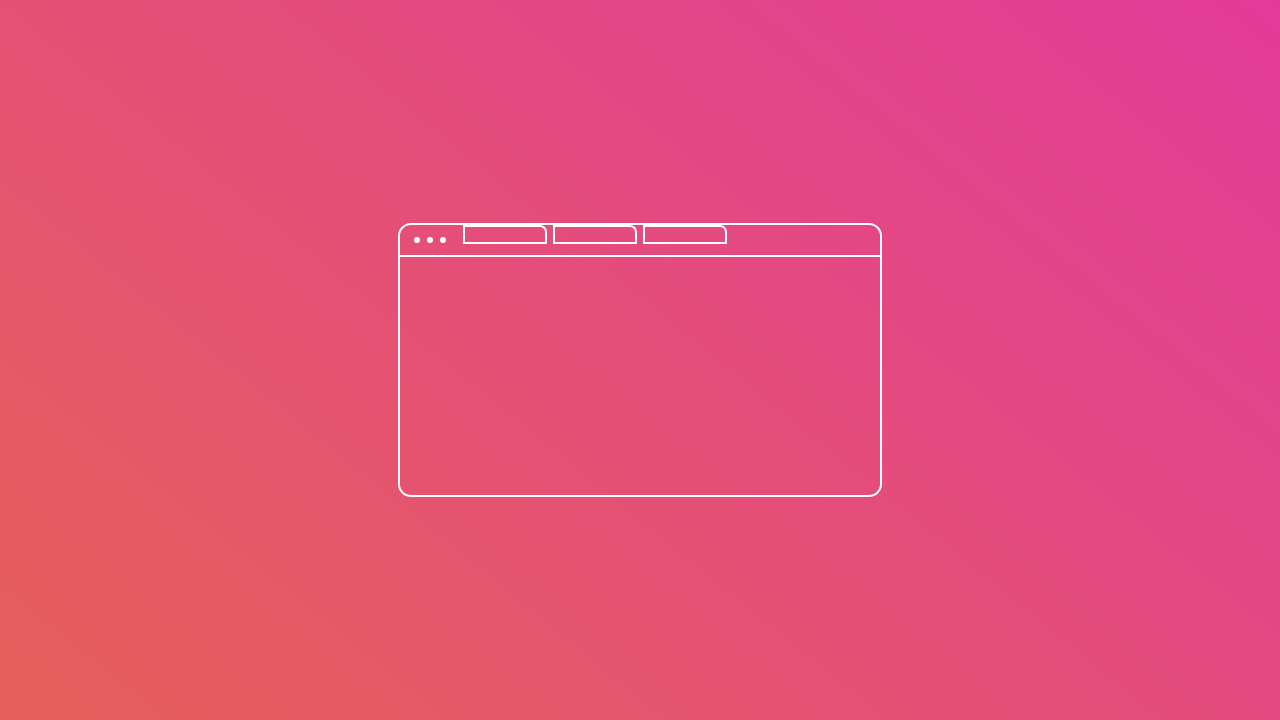
Repository: wrzonki/3d-css
Page: index.html
The author's editor kept a copy of each file at every save. The page is drawn from the files as they stood at one save, then again after the next save.
The browser window is 1280 px wide. The pictures show the whole page.
The style sheet was rebuilt from its Sass, Less or Tailwind sources for each picture, by a compiler version that may differ from the author's.

Above is the page before, as saved 2019-11-25 21:20:16.

After the next save:
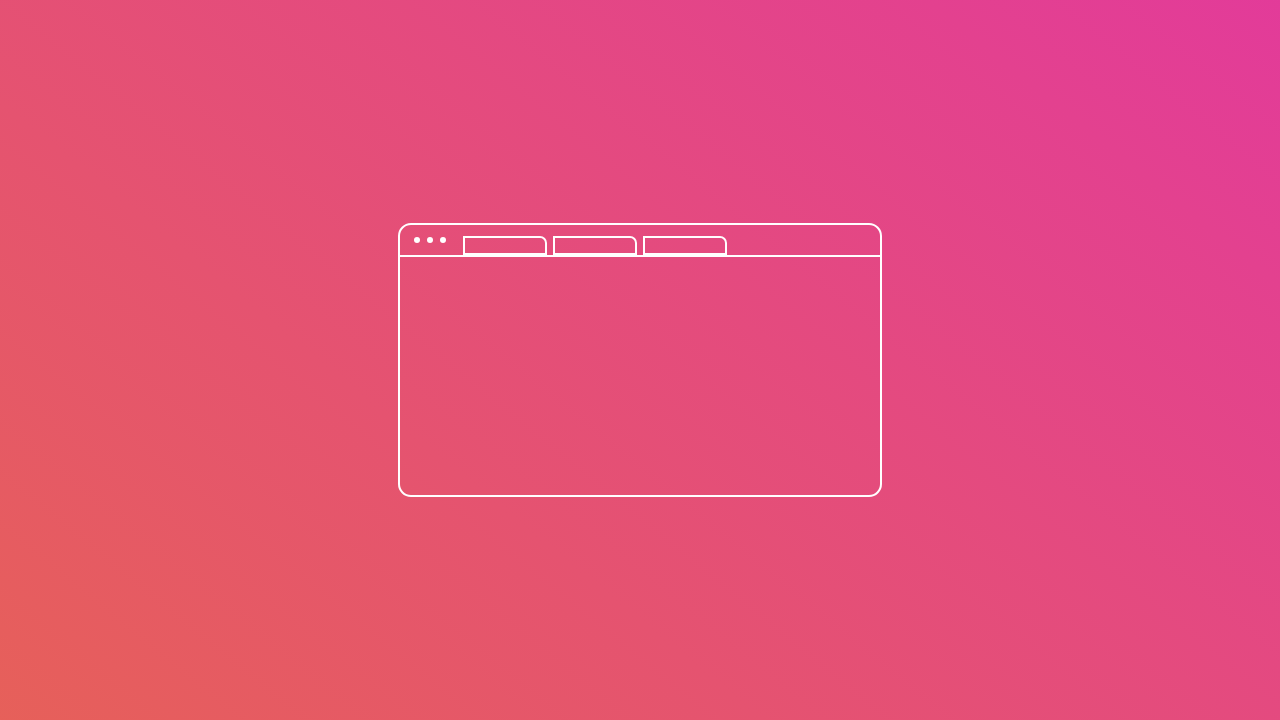
Saved 20 s later.
--- a/index.scss
+++ b/index.scss
@@ -70,7 +70,7 @@ body {
             height: 100%;
             display: flex;
             justify-content: space-around;
-            align-items: baseline;
+            align-items: flex-end;
             margin-left: 10px;
         }
         .tab {
